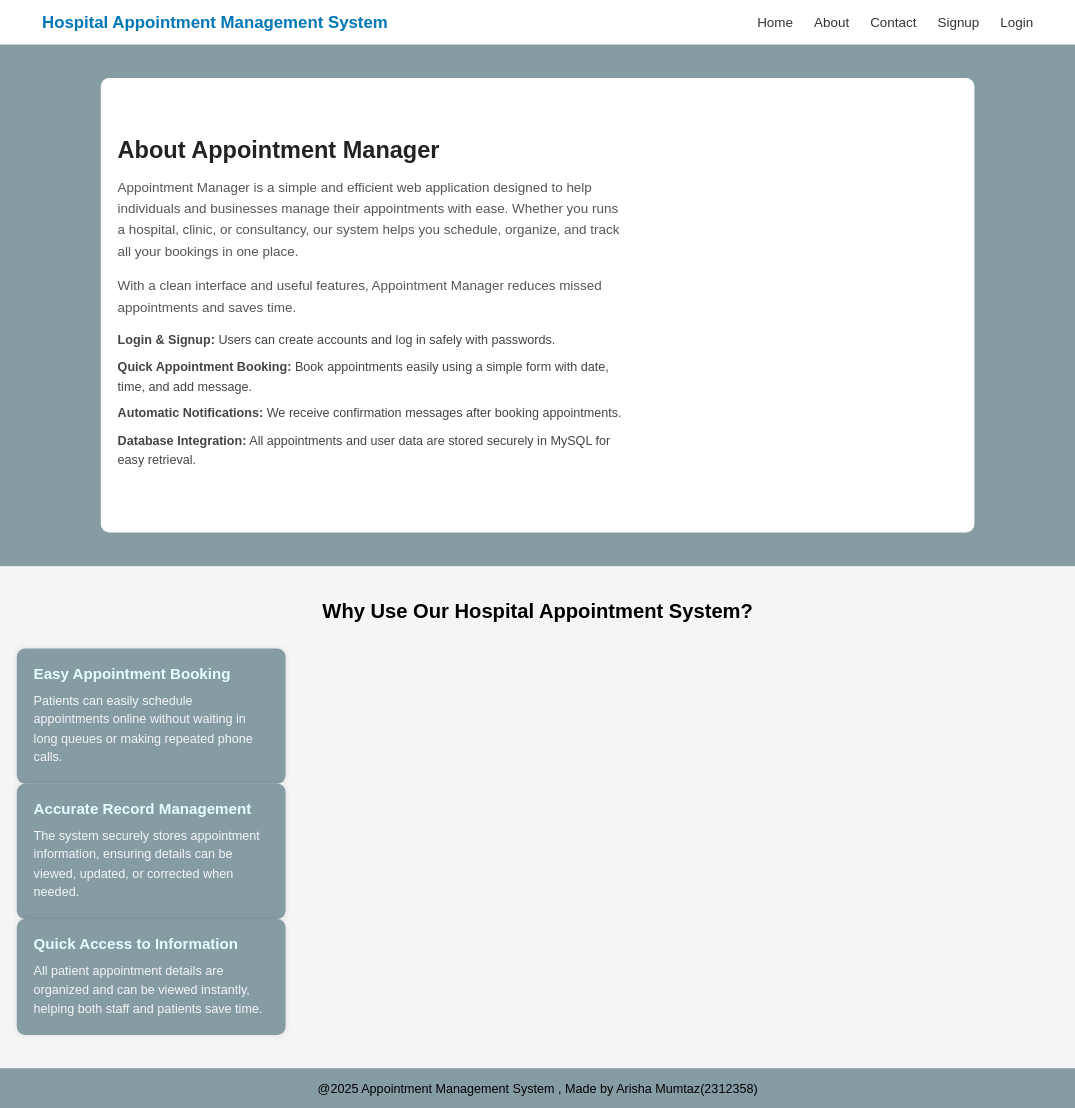
Repository: Arisha004/hospital-management-midterm-
Page: about.html
The author's editor kept a copy of each file at every save. The page is drawn from the files as they stood at one save, then again after a run of saves.
The browser window is 1280 px wide. The pictures show the whole page, at 84% of full size.

Above is the page before, as saved 2025-11-02 21:07:26.

### about.html
<html>
<head>
    <title>Document</title>
    <link rel="stylesheet" href="style.css">
    <style>

.about-cards {
  text-align: center;
  padding: 40px 20px;
  background-color: #f5f5f5;
}

.about-cards h3 {
  font-size: 24px;
  margin-bottom: 30px;
  color: black;
}

.card-container {
  marg

}

.card {
  background-color: #869CA3;
  width: 280px;
  padding: 20px;
  border-radius: 10px;
  box-shadow: 0 0 8px rgba(0,0,0,0.1);
  text-align: left;
}


.card h4 {
  font-size: 18px;
  margin-bottom: 10px;
  color: lightcyan;
}

.card p {
  font-size: 15px;
  color: whitesmoke;
  line-height: 1.5;
}

      </style>
</head>
<body>
      <header class="navbar">
    <div class="logo">Hospital Appointment Management System</div>
    <nav>
      <ul>
        <li><a href="landingpage.html">Home</a></li>
        <li><a href="about.html">About</a></li>
        <li><a href="contact.html">Contact</a></li>
          <li><a href="signup.php">Signup</a></li>
        <li><a href="login.php">Login</a></li>
      </ul>
    </nav>
  </header>
<div class="container about-inner">

  <div class="about-content">
    <h2>About Appointment Manager</h2>
    <p>
      Appointment Manager is a simple and efficient web application designed to help individuals and businesses
      manage their appointments with ease. Whether you runs a hospital, clinic, or consultancy, our system
      helps you schedule, organize, and track all your bookings in one place.
    </p>
    <p>
      With a clean interface and useful features, Appointment Manager reduces missed appointments and saves time.
    </p>
    <ul class="features">
      <li><strong> Login & Signup:</strong> Users can create accounts and log in safely with  passwords.</li>
<li><strong>Quick Appointment Booking:</strong> Book appointments easily using a simple form with date, time, and add message.</li>
<li><strong>Automatic Notifications:</strong> We receive confirmation messages after booking appointments.</li>
<li><strong>Database Integration:</strong> All appointments and user data are stored securely in MySQL for easy retrieval.</li>

       </ul>
  </div>
  </div>

 <section class="about-cards">
  <h3>Why Use Our Hospital Appointment System?</h3>
  <div class="card-container">

    <div class="card">
      <h4>Easy Appointment Booking</h4>
      <p>Patients can easily schedule appointments online without waiting in long queues or making repeated phone calls.</p>
    </div>

    <div class="card">
      <h4>Accurate Record Management</h4>
      <p>The system securely stores appointment information, ensuring details can be viewed, updated, or corrected when needed.</p>
    </div>

    <div class="card">
      <h4>Quick Access to Information</h4>
      <p>All patient appointment details are organized and can be viewed instantly, helping both staff and patients save time.</p>
    </div>

  </div>
</section>



<footer>
    <p>  @2025 Appointment Management System , Made by Arisha Mumtaz(2312358)</p>
  </footer>
</body>
</html>

### style.css

* {
  margin: 0;
  padding: 0;
  font-family: 'Poppins', sans-serif;
}

body {
  background: #869CA3;
  color: #333;
}

.about {
  background-color: #f9f9f9;
  padding: 80px 0; /*80px top & bottom, 0 left & right */
}

.about-image img {

  width: 450px;
  border-radius: 10px;
}

.about-content {
  margin-top: 20px;
  width: 300px;
}

.about-content h2 {
  font-size: 28px;
  color: #1a73e8;
  margin-bottom: 15px;
}

.about-content p {
  font-size: 16px;
  color: #555;
  line-height: 1.6;
  margin-bottom: 20px;
}

.features {
  list-style: none;
  padding: 0;
  margin-bottom: 25px;
}

.features li {
  margin-bottom: 10px;
  color: #444;
  font-size: 15px;
  line-height: 1.5;
}



/* Contact Section */
.contact {
  background-color: #f5f9ff;
  padding: 80px 0;
}

.contact-inner {
  width: 600px;
  margin-left: 400PX;
  text-align: center;
}

.contact h2 {
  font-size: 28px;
  color: #1a73e8;
  margin-bottom: 10px;
}

.contact p {
  color: #555;
  margin-bottom: 30px;
  font-size: 15px;
  line-height: 1.6;
}

.contact-form {
  background-color: #fff;
  padding: 35px 40px;
  border-radius: 12px;
  text-align: left;
}

.form-group {
  margin-bottom: 18px;
}

label {
  font-weight: 500;
  margin-bottom: 6px;
  color: #333;
}

label span {
  color: red;
}

input, textarea {
  width: 100%;
  padding: 10px 12px;
  border: 1px solid #ccc;
  border-radius: 6px;
  font-size: 14px;
}



.contact-form .btn {
  display: inline-block;
  background-color: #869CA3;
  color: #fff;
  padding: 10px 22px;
  border: none;
  border-radius: 6px;
  cursor: pointer;
  font-weight: 500;

  margin-left: 130px;
   text-align: center;
}

.contact-form .btn:hover {
  background-color: #7498a3;
}


.navbar {
  display: flex;
  justify-content: space-between;
  align-items: center;
  padding: 15px 50px;
  background: #fff;

 }

.navbar .logo {
  font-weight: 700;
  font-size: 20px;
  color: #0077b6;
}

.navbar ul {
  display: flex;
  list-style: none;
}

.navbar ul li a {
  text-decoration: none;
  color: #333;
  margin-left: 25px;
}

.navbar ul li a:hover {
  color: #0077b6;
}

/* Split Landing Section */
.landing {
  display: flex; /*makes .landing a flex container.*/
  height: 600px;
}


  button{

  display: inline-block;
  background-color: #869CA3;
  color: #fff;
  padding: 10px 22px;
  border: none;
  border-radius: 6px;
  cursor: pointer;
  font-weight: 500;

   text-align: center;
}

button:hover {
  background-color: #7498a3;
}
.landing .left {
  flex: 1;
  width: 50%;
  padding: 0 70px; /*adds 70px space on left and right (inner spacing).*/
  background: #fefefe;
}


.landing .left h1 {
  margin-top: 200px;
  font-size: 30px;
  color: #023e8a;
  margin-bottom: 20px;
}

.landing .left p {
  font-size: 20px;
  color: #555;
  margin-bottom: 30px;
  line-height: 1.6;
}

.btn {
  background: #869CA3;
  color: #fff;
  padding: 12px 25px;
  border-radius: 30px;
  text-decoration: none;
  font-weight: 300;
  width: 300px;
}

.btn:hover {
  background: #7498a3;
}

.landing .right {
  width:700px;
  background:url(images/pic1.png);
  background-repeat: no-repeat;
  background-size: cover;
}





.form1-container {
  width: 520px;
  margin: 80px auto;
  background: white;
  padding: 20px;
  border-radius: 8px;
}

.form1-container h2 {
  text-align: center;
  color: #333;
}

.form1-container label {
  display: block;
  margin-top: 10px;
  color: #555;
}

.form1-container input {
  width: 100%;
  padding: 8px;
  margin-top: 5px;
  border: 1px solid #ccc;
  border-radius: 4px;
}

.form1-container button {
  width: 100%;
  margin-top: 15px;
  padding: 10px;
  background: #869CA3;
  border: none;
  color: white;
  border-radius: 4px;
  cursor: pointer;
}

.form1-container button:hover {
  background: #7498a3;
}

.form1-container p {
  text-align: center;
  margin-top: 10px;
}

.success {
  text-align: center;
  background: #d4edda;
  color: #155724;
  padding: 8px;
  border-radius: 5px;
  margin: 10px auto;
  width: 320px;
}

.error {
  text-align: center;
  background: #f8d7da;
  color: #721c24;
  padding: 8px;
  border-radius: 5px;
  margin: 10px auto;
  width: 320px;
}

footer {
  text-align: center;
  padding: 15px;
 background-color:#869CA3;
  color: black;
  font-size: 15px;

}

.container.about-inner {
  padding: 50px 20px;
  background-color: #fff;
  margin: 40px auto;
  width: 1000px;
  border-radius: 10px;

}


.about-content {
  width: 600px;
}

.about-content h2 {
  font-size: 28px;
  margin-bottom: 15px;
  color: #222;
}

.about-content p {
  font-size: 16px;
  line-height: 1.6;
  margin-bottom: 15px;
}

After the next 2 saves:
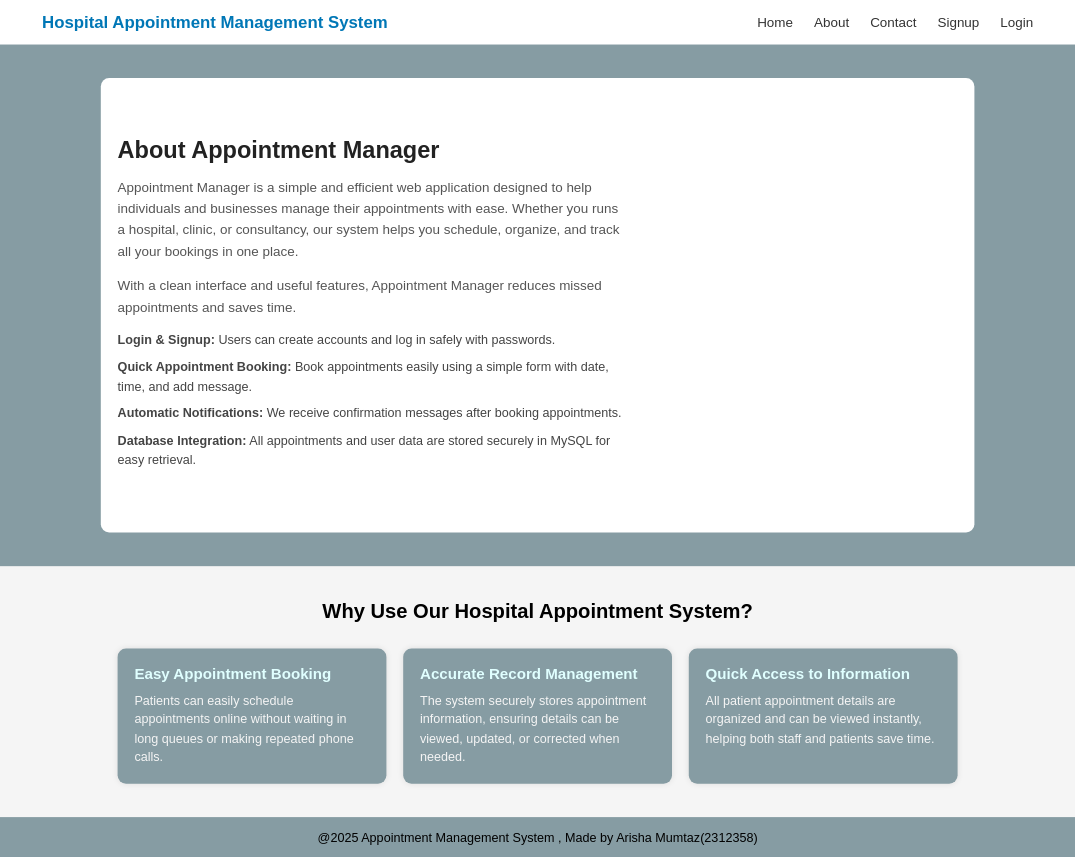
The 2 saves are shown as one change because they came seconds apart.
The last was saved 8 s later.
--- a/about.html
+++ b/about.html
@@ -17,8 +17,9 @@
 }
 
 .card-container {
-  marg
-
+  display: flex;
+  justify-content: center;
+  gap: 20px;
 }
 
 .card {
